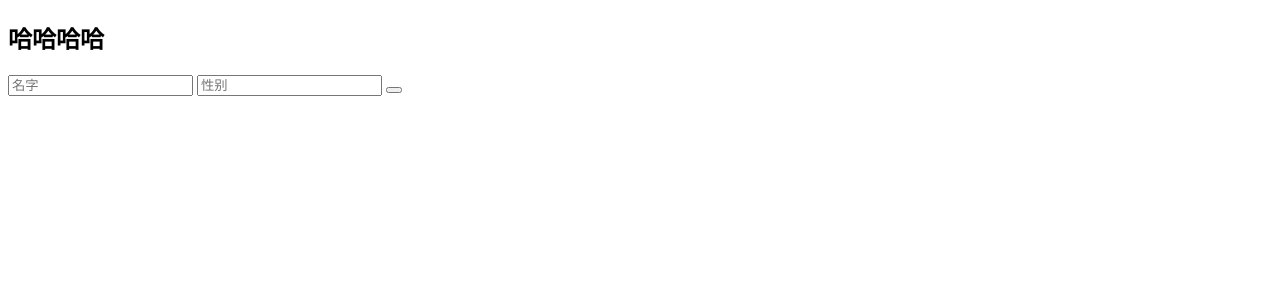
Repository: jsBan/jsBan.github.io
Page: src/myWork/book/websocket/node/template-node-ts/public/index.html
The author's editor kept a copy of each file at every save. The page is drawn from the files as they stood at one save, then again after the next save.
The browser window is 1280 px wide. The pictures show the whole page.

Above is the page before, as saved 2020-12-04 15:59:30.

### src/myWork/book/websocket/node/template-node-ts/public/index.html
<!DOCTYPE html>
<html lang="en">
<head>
  <meta charset="UTF-8">
  <meta name="viewport" content="width=device-width, initial-scale=1.0">
  <title>Document</title>
</head>
<body>
  <div>
    <h2>哈哈哈哈</h2>
    <form action="">
      <input type="text" placeholder="名字">
      <input type="text" placeholder="性别">
      <button type="submit"></button>
    </form>
  </div>
</body>
</html>

After the next save:
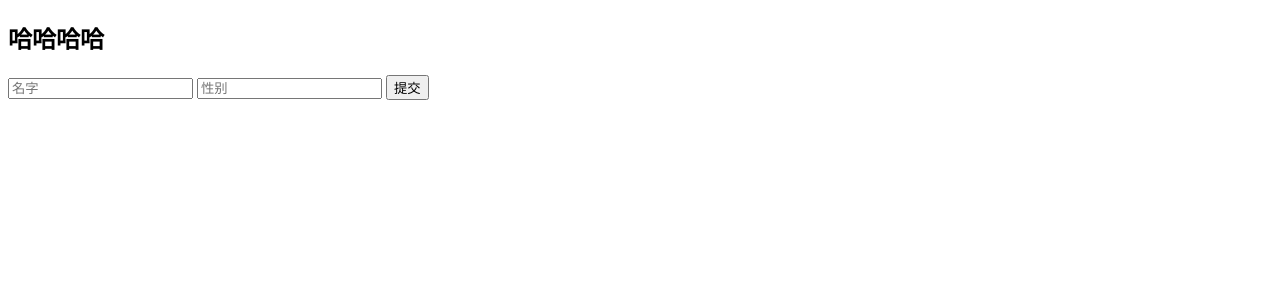
Saved 12 s later.
--- a/src/myWork/book/websocket/node/template-node-ts/public/index.html
+++ b/src/myWork/book/websocket/node/template-node-ts/public/index.html
@@ -11,7 +11,7 @@
     <form action="">
       <input type="text" placeholder="名字">
       <input type="text" placeholder="性别">
-      <button type="submit"></button>
+      <button type="submit">提交</button>
     </form>
   </div>
 </body>

After the save that followed:
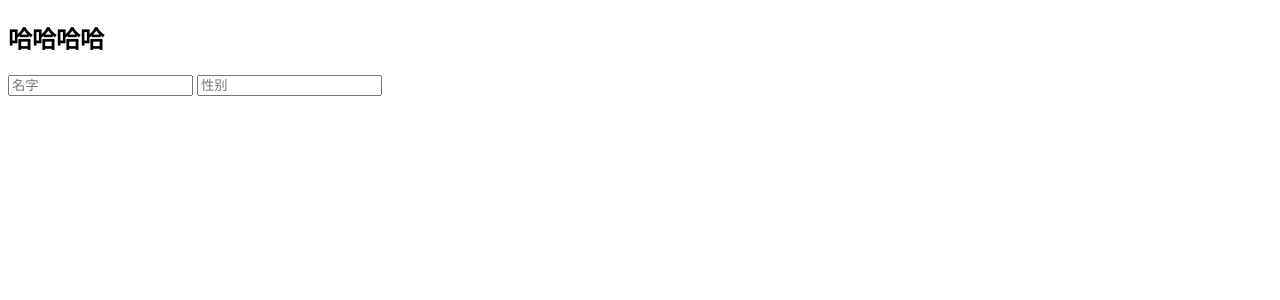
Saved 63 s later.
--- a/src/myWork/book/websocket/node/template-node-ts/public/index.html
+++ b/src/myWork/book/websocket/node/template-node-ts/public/index.html
@@ -11,7 +11,7 @@
     <form action="">
       <input type="text" placeholder="名字">
       <input type="text" placeholder="性别">
-      <button type="submit">提交</button>
+      <button type="submit" href="javascript:void(0)>提交</button>
     </form>
   </div>
 </body>
